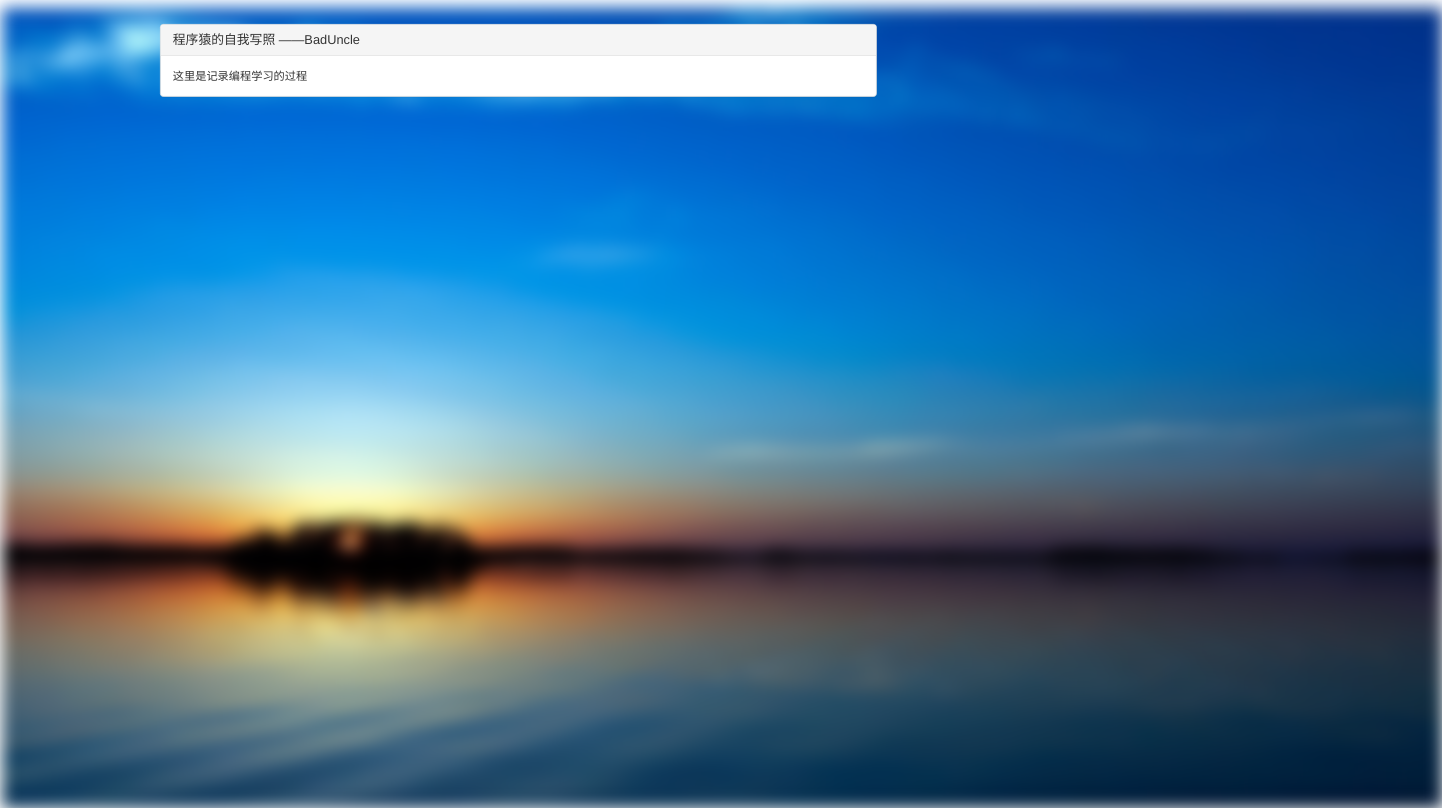
Repository: lidasi/monkeyLife
Page: http://localhost/monkeyLife/jsp/monkeyLife.jsp
The author's editor kept a copy of each file at every save. The page is drawn from the files as they stood at one save, then again after the next save.
The browser window is 1280 px wide. The page is 1803 px wide, so the pictures cover 1803 px, including what lies to the right of the window. The pictures show the whole page, at 80% of full size.
The page is served by Tomcat 9.

Above is the page before, as saved 2017-07-14 06:00:22.

### workSpeaces/monkeyLife/WebContent/jsp/monkeyLife.jsp
<%@ page language="java" contentType="text/html; charset=UTF-8"
    pageEncoding="UTF-8"%>
<!DOCTYPE html PUBLIC "-//W3C//DTD HTML 4.01 Transitional//EN" "http://www.w3.org/TR/html4/loose.dtd">
<html>
<head>
<meta http-equiv="Content-Type" content="text/html; charset=UTF-8">
<link rel="stylesheet" type="text/css" media="screen" href="../ui/bootstrap/css/bootstrap.min.css">
<link rel="stylesheet" type="text/css" media="screen" href="../css/info.css">
<script type="text/javascript" src="../js/jquery-1.10.2.min.js"></script>
<script type="text/javascript">
        $(function(){
        	 var height = 1000;
             var width = 1800;
             $("#infoImage").height(height).width(width);

        });
        var monkeyLife_001 = function() {
        	alert("跳至详情")
        }
    </script>
<title>infoPage</title>
</head>
<body>
	<div id="infoRelative">
		<div id="infoImage"></div>
	</div>
	<div id="infoContent">
		<div class="panel panel-default">
		    <div class="panel-heading">
		        <h3 class="panel-title">
		           <a id="title_02" href="#"> 程序猿的自我写照  ——BadUncle</a>
		        </h3>
		    </div>
		    <div id="content_02" class="panel-body">
		      	  这里是记录编程学习的过程
		    </div>
		</div>
	</div>

</body>
</html>

### workSpeaces/monkeyLife/WebContent/css/info.css
@CHARSET "UTF-8";
#infoRelative{position:relative;
	width:100%;
	height:100%}
#infoImage{
	position:absolute;
	left:3px;
	top:10px;
/*    border: 1px solid #CCCCCC;
    padding:90px 5px 10px;*/
    background: url("../image/dock/infoImage_001.jpg") no-repeat;
    background-size: cover;
    -webkit-filter: blur(10px);
    -ms-filter: blur(10px);
    filter: progid:DXImageTransform.Microsoft.Blur(PixelRadius=10, MakeShadow=false);
    animation:mymove 5s infinite;
    -webkit-animation:mymove 5s infinite;
}
 @keyframes mymove
{
    0%   {top:10px; background:url("../image/dock/infoImage_001.jpg"); position:absolute;}
    50% {top:10px; background:url("../image/dock/infoImage_002.jpg"); position:absolute;}
    100% {top:10px; background:url("../image/dock/infoImage_001.jpg"); position:absolute;}
}

@-webkit-keyframes mymove
{
    0%   {top:0px; background:url("../image/dock/infoImage_001.jpg" position:absolute;);
    }
    50%   {top:0px; background:url("../image/dock/infoImage_002.jpg" position:absolute;);
    }
    100% {top:0px; background:url("../image/dock/infoImage_001.jpg" position:absolute;);
    }
}

#infoContent {position:absolute;
	left:200px;
	top:30px;
	width: 70%;
	height: 100%;
	}

Loaded but not shown: workSpeaces/monkeyLife/WebContent/ui/bootstrap/css/bootstrap.min.css (library); workSpeaces/monkeyLife/WebContent/js/jquery-1.10.2.min.js (library)

After the next save:
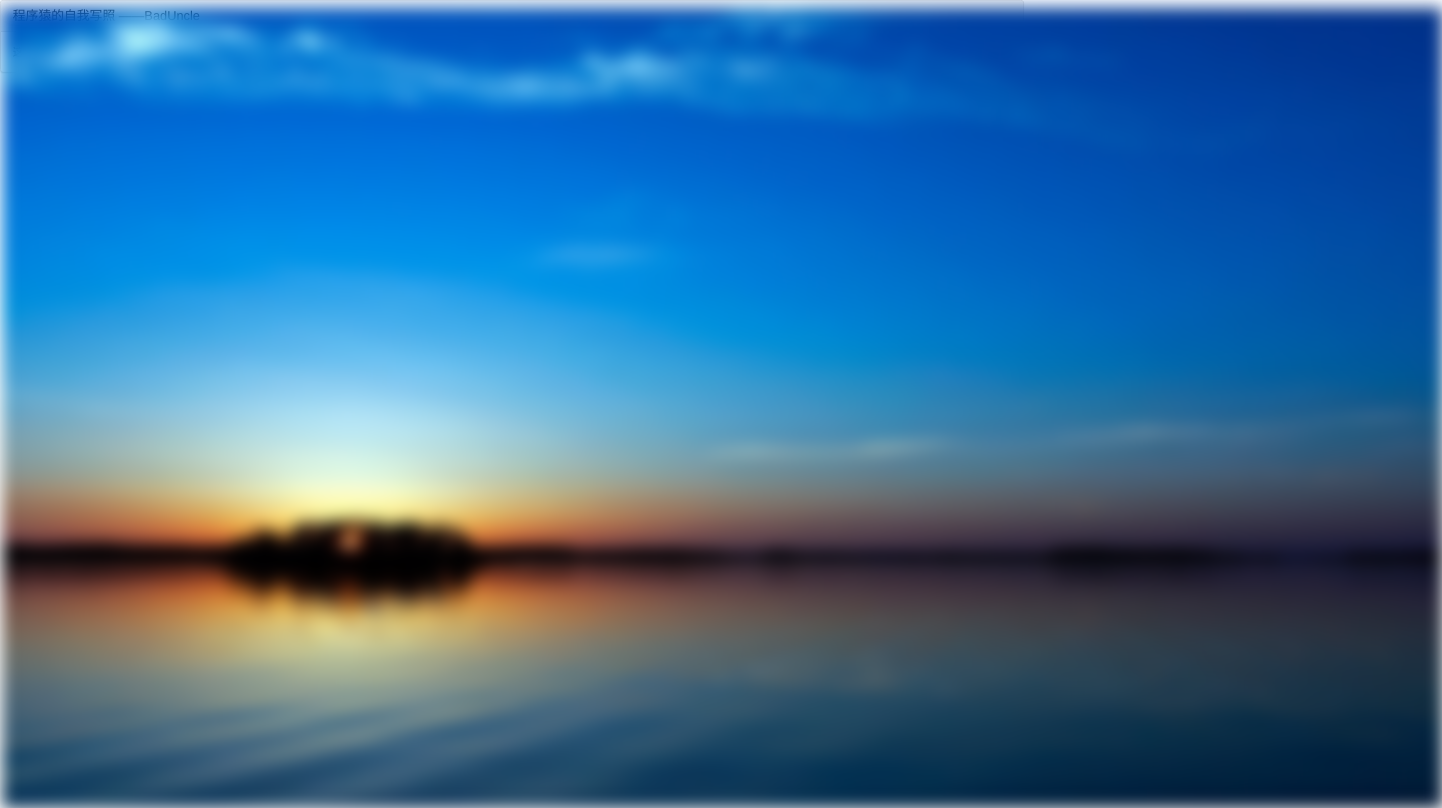
Saved 23 s later.
--- a/workSpeaces/monkeyLife/WebContent/jsp/monkeyLife.jsp
+++ b/workSpeaces/monkeyLife/WebContent/jsp/monkeyLife.jsp
@@ -24,7 +24,7 @@
 	<div id="infoRelative">
 		<div id="infoImage"></div>
 	</div>
-	<div id="infoContent">
+	<div class="infoContent">
 		<div class="panel panel-default">
 		    <div class="panel-heading">
 		        <h3 class="panel-title">
